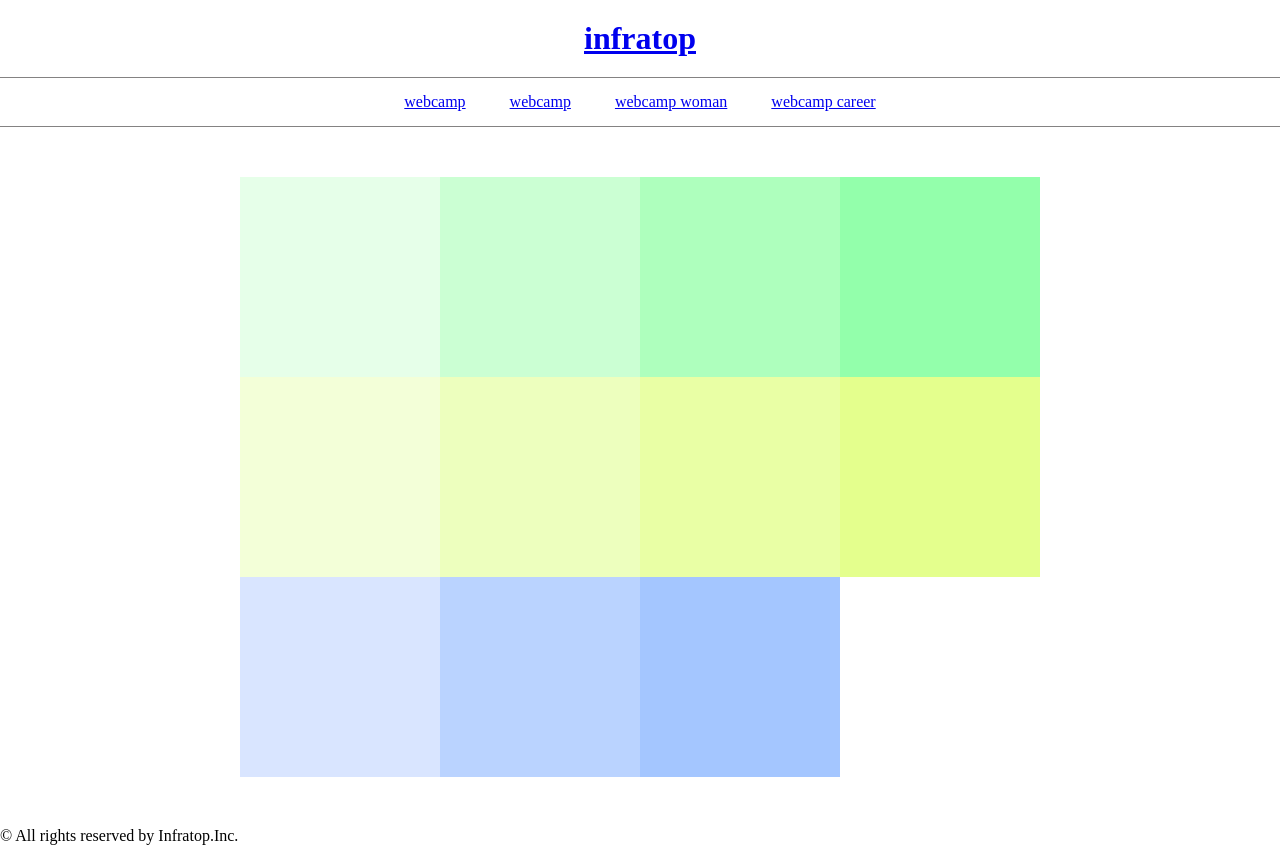
Repository: matuyama/dmm-webcamp
Page: chapter5/chapter5.html
The author's editor kept a record of every edit. The page is drawn from the files as they stood at one moment, then again after the next edit.
The browser window is 1280 px wide. The pictures show the whole page.

Above is the page before.

After the next edit:
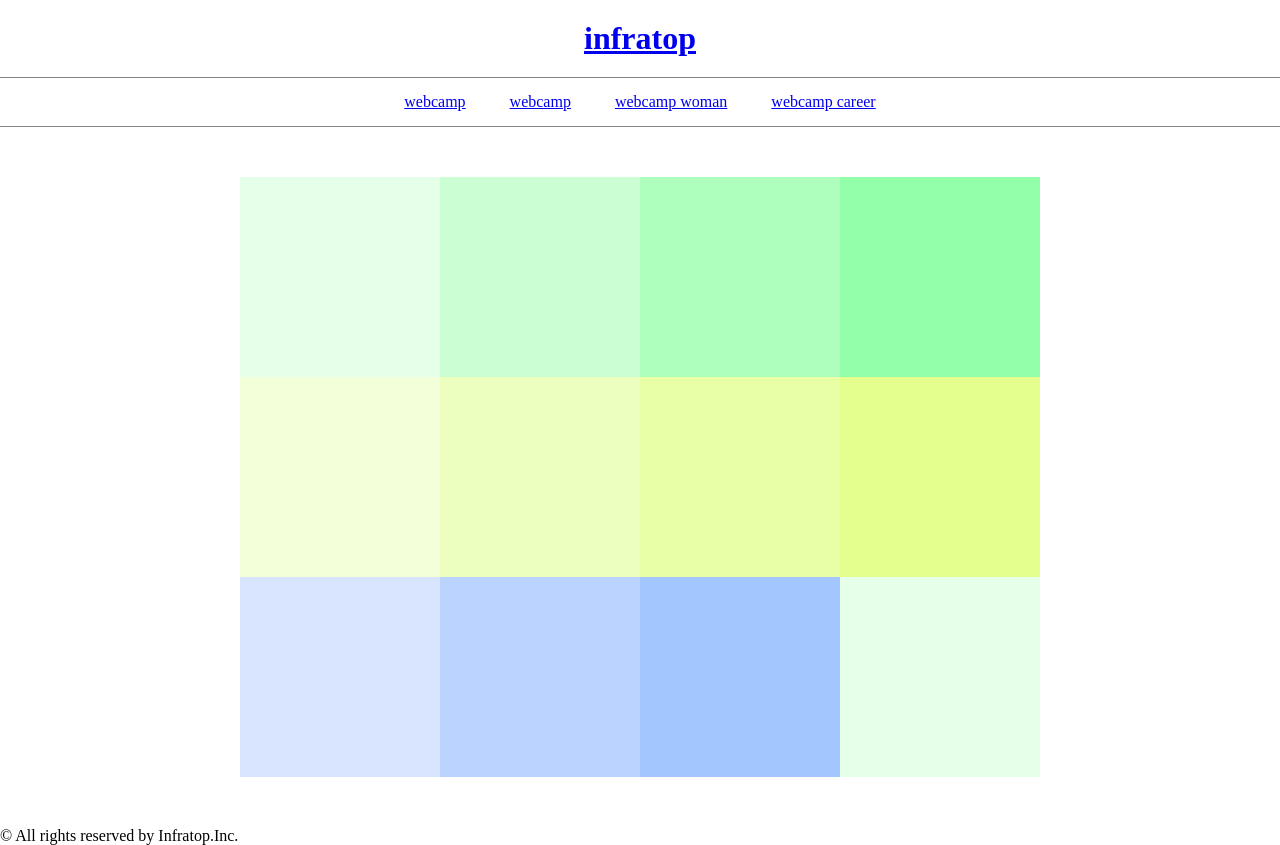
The edit:
--- a/chapter5/chapter5.css
+++ b/chapter5/chapter5.css
@@ -96,7 +96,7 @@
     background-color: #a4c6ff;
   }
 
-  .box1{
+  .box12{
     width: 200px;
     height: 200px;
     background-color: #e6ffe9;
